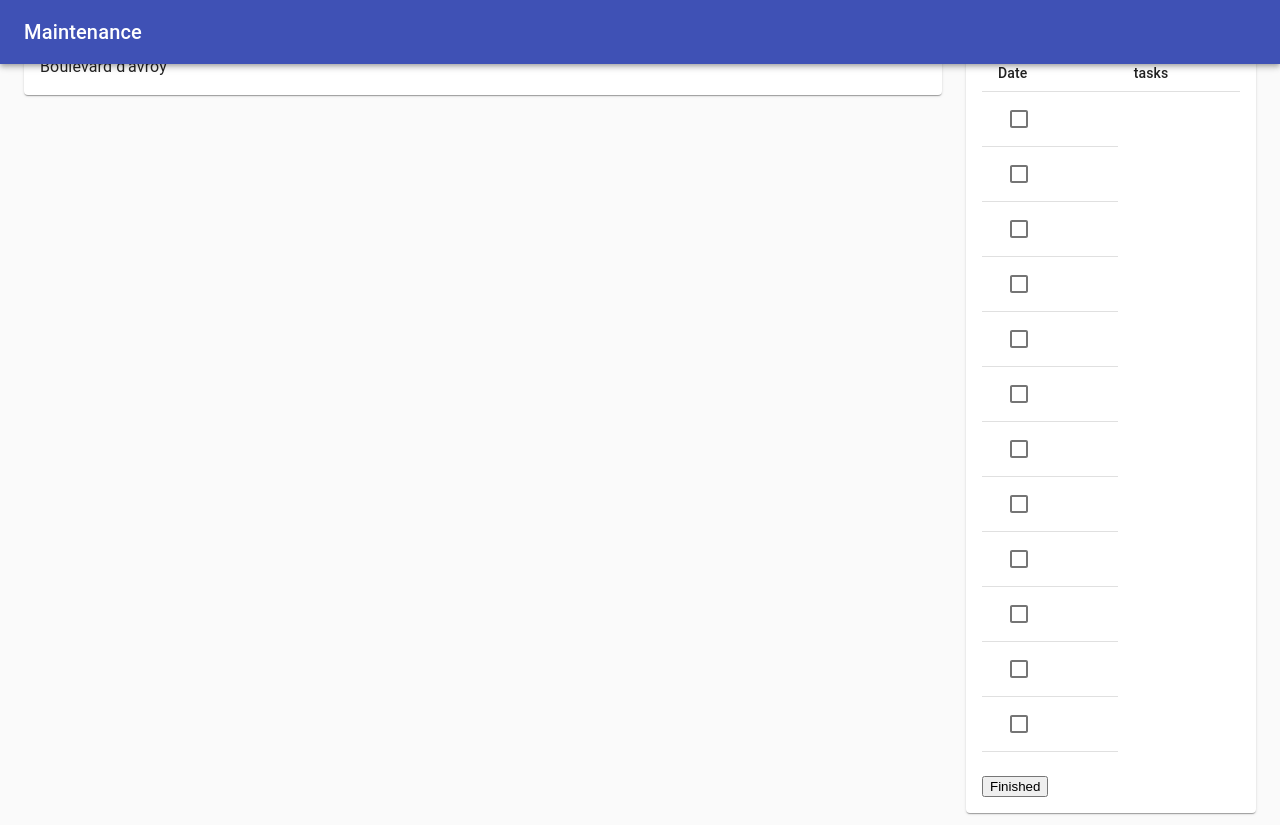
Repository: sapbrussels/intelligenthighway_webapp
Page: /Maintenance (app in router/)
An editor plug-in stored every save of this project. The page is shown before and after the next save, followed by the edit.
The browser window is 1280 px wide. The pictures show the whole page.
The project was rebuilt for these pictures with package versions that can differ from the ones it lists, and the page was loaded fresh each time. Also part of the build but not shown: router/src/App.css, router/src/Login.js, router/src/Maps.js, router/src/Jobspage.js.

Above is the page before, as saved 2020-03-26 15:44:20.

### router/src/App.js
import React from 'react';
import {BrowserRouter, Route, Switch} from "react-router-dom";
import './App.css';
import Login from './Login';
import Jobspage from'./Jobspage';
import Maintenance from './Maintenance';


function App() {
  return (
    <BrowserRouter>
    <Switch>
     <Route path='/' exact component={Login}/>
     <Route path='/Jobspage' exact component={Jobspage}/>
     <Route path='/Maintenance' exact component={Maintenance}/>
     </Switch>
    </BrowserRouter>

  );
}

export default App;

### router/src/Maintenance.js
import React from 'react';
import { makeStyles } from '@material-ui/core/styles';
import CssBaseline from '@material-ui/core/CssBaseline';
import AppBar from '@material-ui/core/AppBar';
import Toolbar from '@material-ui/core/Toolbar';
import Typography from '@material-ui/core/Typography';
import DateMaintenance from './DateMaintenance';
import Grid from '@material-ui/core/Grid';
import Container from '@material-ui/core/Container';
import Paper from '@material-ui/core/Paper';
import Checklist from './Checklist';


const useStyles = makeStyles((theme) => ({
  paper: {
    marginTop: theme.spacing(8),
    display: 'flex',
    flexDirection: 'column',
    alignItems: 'center',
  },
  root: {
    display: 'flex',
  },
  toolbar: {
    paddingRight: 24, // keep right padding when drawer closed
  },
  toolbarIcon: {
    display: 'flex',
    alignItems: 'center',
    justifyContent: 'flex-end',
    padding: '0 8px',
    ...theme.mixins.toolbar,
  },
  appBar: {
    zIndex: theme.zIndex.drawer + 1,
    transition: theme.transitions.create(['width', 'margin'], {
      easing: theme.transitions.easing.sharp,
      duration: theme.transitions.duration.leavingScreen,
    }),
  },
  fixedHeight: {
    padding: theme.spacing(2),
    display: 'flex',
    overflow: 'auto',
    flexDirection: 'column',
  },
}));

export default function Dashboard() {
  const classes = useStyles();

  const fixedHeightPaper = (classes.fixedHeight);
  return (
    <div className={classes.root}>
      <CssBaseline />
      <AppBar position="absolute" className={classes.appBar}>
        <Toolbar className={classes.toolbar}>
          <Typography component="h1" variant="h6" color="inherit" noWrap className={classes.title}>
            Maintenance
          </Typography>
        </Toolbar>
      </AppBar>
      <Container maxWidth="lg" className={classes.container}>
          <Grid container spacing={3}>
            {/* Chart */}
            <Grid item xs={12} md={8} lg={9}>
              <Paper className={fixedHeightPaper}>
                <DateMaintenance />
              </Paper>
            </Grid>
            {/* Recent Deposits */}
            <Grid item xs={12} md={4} lg={3}>
              <Paper className={fixedHeightPaper}>
                <Checklist />
              </Paper>
            </Grid>
          </Grid>
        </Container>
    </div>
  );
}

### router/src/listItems.js
import React from 'react';
import ListItem from '@material-ui/core/ListItem';
import ListItemIcon from '@material-ui/core/ListItemIcon';
import ListItemText from '@material-ui/core/ListItemText';
import DashboardIcon from '@material-ui/icons/Dashboard';
import ShoppingCartIcon from '@material-ui/icons/ShoppingCart';
import PeopleIcon from '@material-ui/icons/People';

export const mainListItems = (
  <div>
    <ListItem >
      <ListItemIcon>
        <DashboardIcon />
      </ListItemIcon>
      <ListItemText  primary="jobs page" />
    </ListItem>
    <ListItem button>
      <ListItemIcon>
        <ShoppingCartIcon />
      </ListItemIcon>
      <ListItemText primary="maintenance" />
    </ListItem>
    <ListItem button>
      <ListItemIcon>
        <PeopleIcon />
      </ListItemIcon>
      <ListItemText primary="help" />
    </ListItem>
  </div>
);

### router/src/LightStatus.js
import React from 'react';
import Link from '@material-ui/core/Link';
import { makeStyles } from '@material-ui/core/styles';
import Table from '@material-ui/core/Table';
import TableBody from '@material-ui/core/TableBody';
import TableCell from '@material-ui/core/TableCell';
import TableHead from '@material-ui/core/TableHead';
import TableRow from '@material-ui/core/TableRow';
import Rectangle from 'react-rectangle';
import Title from './Title';



// Generate Order Data
function createData(id, street_light, status,light) {
  return { street_light, status, light};
}

const rows = [
  createData(0, 'Boulevard Avroy 1.9', 'ON', <Rectangle aspectRatio={[3,3]}>
  <div style={{ background: '#008000',  width: '40%', height: '40%' }} />
</Rectangle>),
  createData(1, 'Rue de Londres 2.1', 'OFF',<Rectangle aspectRatio={[3,3]}>
  <div style={{ background: '#FFFFFF', width: '40%', height: '40%' }} />
</Rectangle>),
  createData(2, 'Rue de Londres 2.3', 'X',<Rectangle aspectRatio={[3,3]}>
  <div style={{ background: '#FF0000', width: '40%', height: '40%' }} />
</Rectangle>),
];

function preventDefault(event) {
  event.preventDefault();
}

const useStyles = makeStyles((theme) => ({
  seeMore: {
    marginTop: theme.spacing(3),
    padding: '20px',
    borderRadius:'10px',
  },
}));

export default function LightStatus() {
  const classes = useStyles();
  return (
    <React.Fragment>
      <Title>Light status</Title>
      <Table size="small">
        <TableHead>
          <TableRow>
            <TableCell>street light</TableCell>
            <TableCell>status</TableCell>
            <TableCell></TableCell>
          </TableRow>
        </TableHead>
        <TableBody>
          {rows.map((row) => (
            <TableRow key={row.id}>
              <TableCell>{row.street_light}</TableCell>
              <TableCell> {row.status}</TableCell>
              <TableCell> {row.light}</TableCell>
            </TableRow>
          ))}
        </TableBody>
      </Table>
      <div className={classes.seeMore}>
        <Link color="primary" href="#" onClick={preventDefault}>
          See more lights
        </Link>
      </div>
    </React.Fragment>
  );
}

### router/src/Jobslist.js
import React from 'react';
import {Link} from 'react-router-dom';
import { makeStyles } from '@material-ui/core/styles';
import Table from '@material-ui/core/Table';
import TableBody from '@material-ui/core/TableBody';
import TableCell from '@material-ui/core/TableCell';
import TableHead from '@material-ui/core/TableHead';
import TableRow from '@material-ui/core/TableRow';
import Title from './Title';

// Generate Order Data
function createData(id, location, job, accept) {
  return { id, location, job, accept };
}

const rows = [
    createData(0, 'Boulevard Avroy 1.9', 'Maintenance',<button>Accept</button>),
    createData(1, 'Rue de Londres 2.1', 'Fix issue',<Link to="/Maintenance"><button>Accept</button></Link>),
];

function preventDefault(event) {
  event.preventDefault();
}

const useStyles = makeStyles((theme) => ({
  seeMore: {
    marginTop: theme.spacing(3),
    padding: '20px',
    borderRadius:'10px',
  },
}));

    export default function Jobslist() {
    const classes = useStyles();
    return (
        <React.Fragment>
        <Title>jobs available</Title>
        <Table size="small">
            <TableHead>
            <TableRow>
                <TableCell>location</TableCell>
                <TableCell>job</TableCell>
                <TableCell>Accept the job</TableCell>
            </TableRow>
            </TableHead>
            <TableBody>
            {rows.map((row) => (
                <TableRow key={row.id}>
                <TableCell>{row.location}</TableCell>
                <TableCell>{row.job}</TableCell>
                <TableCell>{row.accept}</TableCell>
                </TableRow>
            ))}
            </TableBody>
        </Table>
        <div className={classes.seeMore}>
            <Link color="primary" href="#" onClick={preventDefault}>
            See more orders
            </Link>
        </div>
        </React.Fragment>
    );
}

### router/src/DateMaintenance.js
import React from 'react';
import { makeStyles } from '@material-ui/core/styles';
import Typography from '@material-ui/core/Typography';
import Title from './Title';

const useStyles = makeStyles((theme)=>({

  paper:{
    paper: {
        marginTop: theme.spacing(8),
        display: 'flex',
        flexDirection: 'column',
        alignContent:'center',
      },
  },
}));

export default function Deposits() {
const classes = useStyles();
  return (
    <div className={classes.paper}>
    <React.Fragment>
      <Title>Location</Title>
      <Typography>Boulevard d'avroy</Typography>
    </React.Fragment>
    </div>
  );
}

### router/src/Checklist.js
import React from 'react';
import Link from '@material-ui/core/Link';
import { makeStyles } from '@material-ui/core/styles';
import Table from '@material-ui/core/Table';
import TableBody from '@material-ui/core/TableBody';
import TableCell from '@material-ui/core/TableCell';
import TableHead from '@material-ui/core/TableHead';
import TableRow from '@material-ui/core/TableRow';
import Title from './Title';
import { Checkbox } from '@material-ui/core';

// Generate Order Data
function createData(id, tasks) {
  return { id, tasks };
}

const rows = [
  createData(0, <Checkbox>Turn all switches OFF & ON to stop dust build up</Checkbox>),
  createData(1, <Checkbox>turn all circuit-breakers OFF and reset</Checkbox>),
  createData(2, <Checkbox>Check for high resistance joints</Checkbox>),
  createData(3, <Checkbox>clean PE cell faces then cover to test functionnality</Checkbox>),
  createData(4, <Checkbox>check MEN and earthing</Checkbox>),
  createData(0, <Checkbox>Luminaire cleaning and inspection</Checkbox>),
  createData(1, <Checkbox>Inspect for any sign of vermin damage in the cabinet</Checkbox>),
  createData(2, <Checkbox>Remove grafitit on cabinet</Checkbox>),
  createData(3, <Checkbox>Trim all trees that interfere with solar-panels and light output of lulinaires</Checkbox>),
  createData(4, <Checkbox>Check all support structures for their integreties</Checkbox>),
  createData(3, <Checkbox>Installation, maintenance and replacement of post indentification label </Checkbox>),
  createData(4, <Checkbox>Installation, maintenace and replacement of supply point indentification labels</Checkbox>),
];


const useStyles = makeStyles((theme) => ({
  seeMore: {
    marginTop: theme.spacing(3),

  },
}));

export default function Orders() {
  const classes = useStyles();
  return (
    <React.Fragment>
      <Title>Recent Orders</Title>
      <Table size="small">
        <TableHead>
          <TableRow>
            <TableCell>Date</TableCell>
            <TableCell>tasks</TableCell>
          </TableRow>
        </TableHead>
        <TableBody>
          {rows.map((row) => (
            <TableRow key={row.id}>
              <TableCell>{row.tasks}</TableCell>
            </TableRow>
          ))}
        </TableBody>
      </Table>
      <div className={classes.seeMore}>
        <Link><button>Finished</button></Link>
      </div>
    </React.Fragment>
  );
}

Loaded but not shown: router/public/index.html (common file); router/src/index.js (common file); router/src/index.css (common file); router/src/serviceWorker.js (common file); router/src/Title.js (common file)

After the next save:
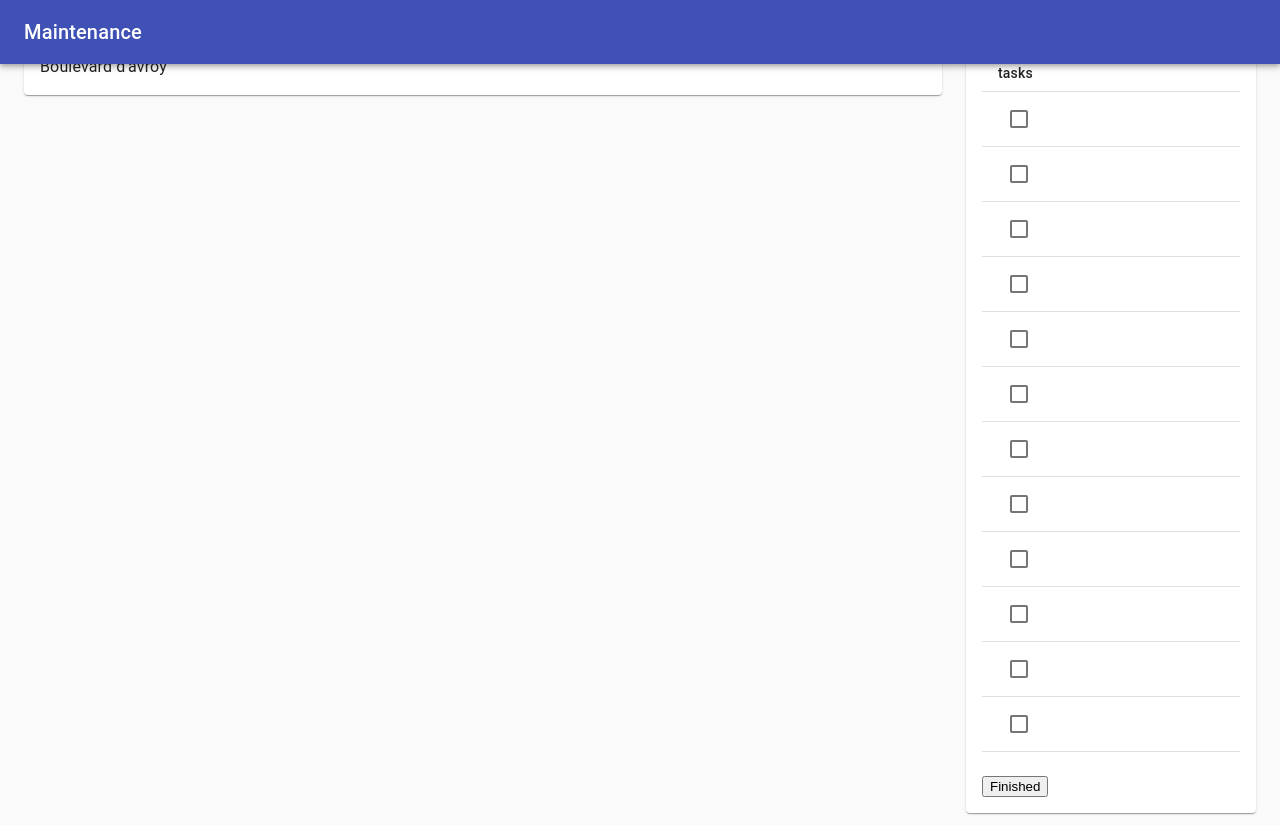
Saved 38 s later.
--- a/router/src/Checklist.js
+++ b/router/src/Checklist.js
@@ -45,7 +45,6 @@
       <Table size="small">
         <TableHead>
           <TableRow>
-            <TableCell>Date</TableCell>
             <TableCell>tasks</TableCell>
           </TableRow>
         </TableHead>
